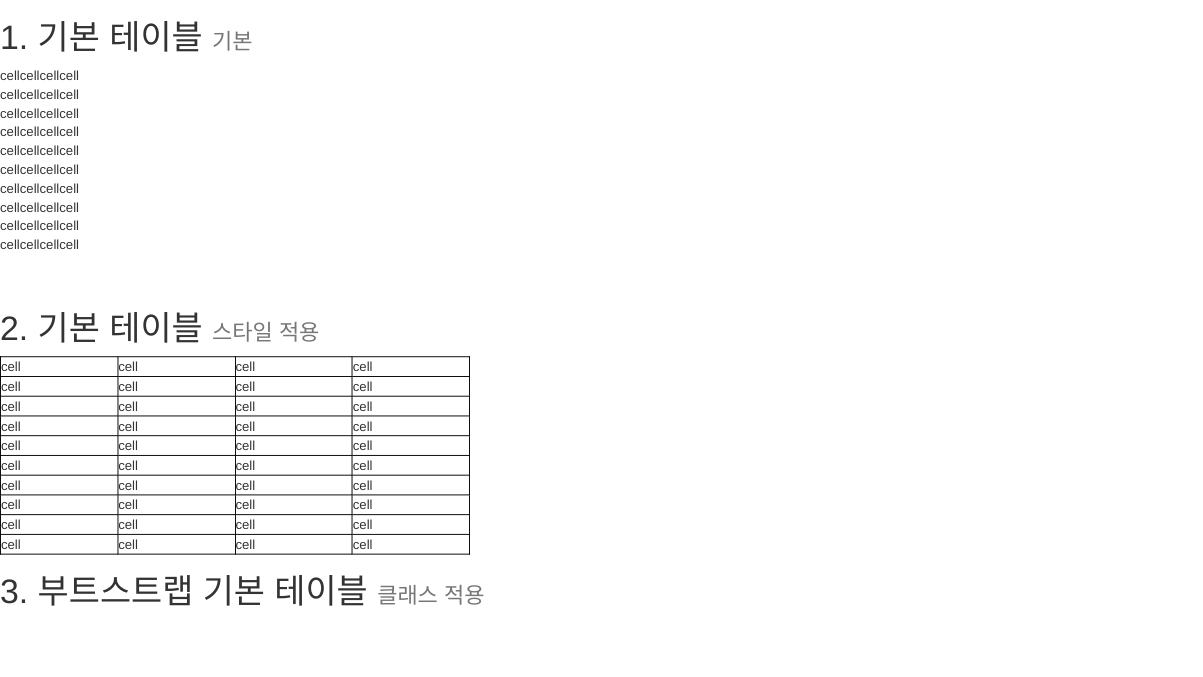
Repository: Umkimisstrong/UM_Webbb
Page: BootstrapApp/WebContent/BootEx02.html
The author's editor kept a copy of each file at every save. The page is drawn from the files as they stood at one save, then again after the next save.
The browser window is 1280 px wide. The pictures show the whole page, at 94% of full size.

Above is the page before, as saved 2022-05-16 02:20:45.

After the next save:
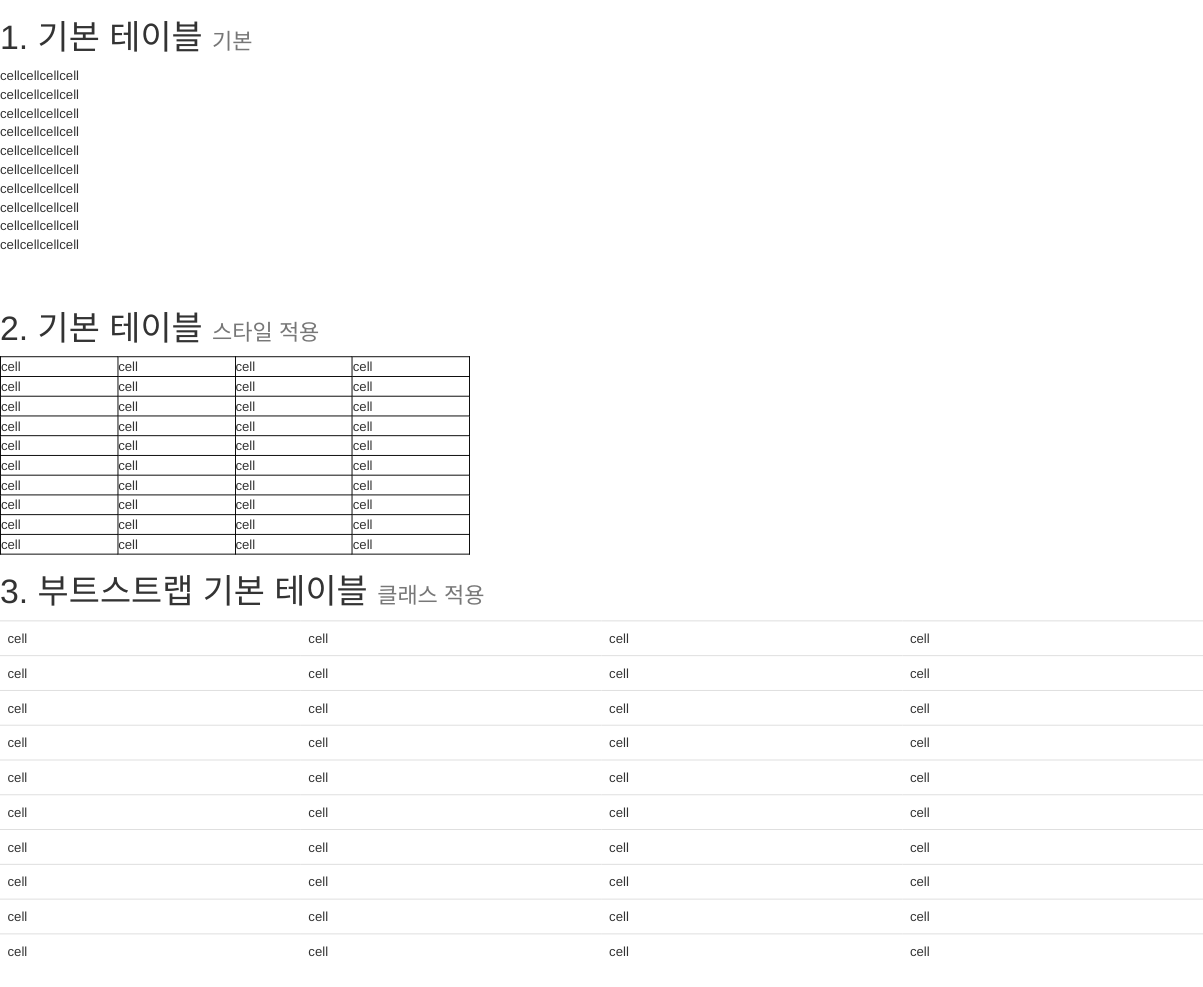
Saved 9 s later.
--- a/BootstrapApp/WebContent/BootEx02.html
+++ b/BootstrapApp/WebContent/BootEx02.html
@@ -167,6 +167,68 @@
 
 
 
+<table class="table">
+	<tr>
+		<td>cell</td>
+		<td>cell</td>
+		<td>cell</td>
+		<td>cell</td>
+	</tr>
+	<tr>
+		<td>cell</td>
+		<td>cell</td>
+		<td>cell</td>
+		<td>cell</td>
+	</tr>
+	<tr>
+		<td>cell</td>
+		<td>cell</td>
+		<td>cell</td>
+		<td>cell</td>
+	</tr>
+	<tr>
+		<td>cell</td>
+		<td>cell</td>
+		<td>cell</td>
+		<td>cell</td>
+	</tr>
+	<tr>
+		<td>cell</td>
+		<td>cell</td>
+		<td>cell</td>
+		<td>cell</td>
+	</tr>
+	<tr>
+		<td>cell</td>
+		<td>cell</td>
+		<td>cell</td>
+		<td>cell</td>
+	</tr>
+	<tr>
+		<td>cell</td>
+		<td>cell</td>
+		<td>cell</td>
+		<td>cell</td>
+	</tr>
+	<tr>
+		<td>cell</td>
+		<td>cell</td>
+		<td>cell</td>
+		<td>cell</td>
+	</tr>
+	<tr>
+		<td>cell</td>
+		<td>cell</td>
+		<td>cell</td>
+		<td>cell</td>
+	</tr>
+	<tr>
+		<td>cell</td>
+		<td>cell</td>
+		<td>cell</td>
+		<td>cell</td>
+	</tr>
+</table>
 
 
 
